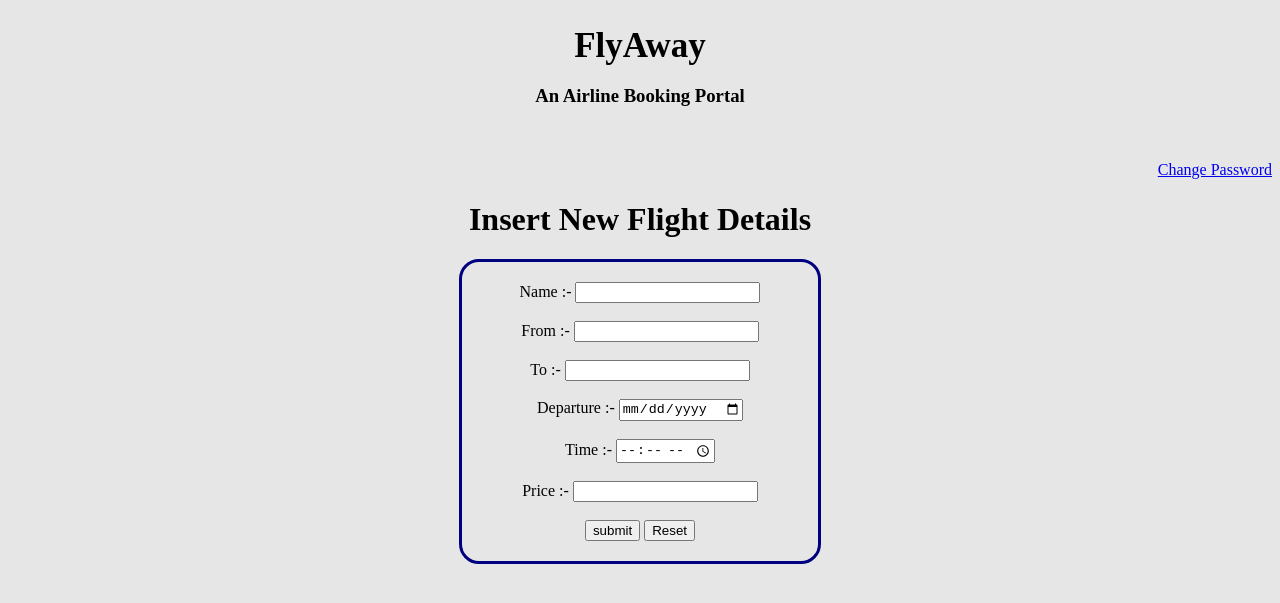
Repository: badrilogaram/Phase-two-project
Page: http://localhost/FlyAway-master/AdminHome.jsp
These files come from the project's save history. The page is drawn as it stood at one moment and after the next save; the edit follows.
The browser window is 1280 px wide. The pictures show the whole page.
The page is served by Tomcat 9.

Above is the page before, as saved 2021-05-28 23:15:17.

After the next save:
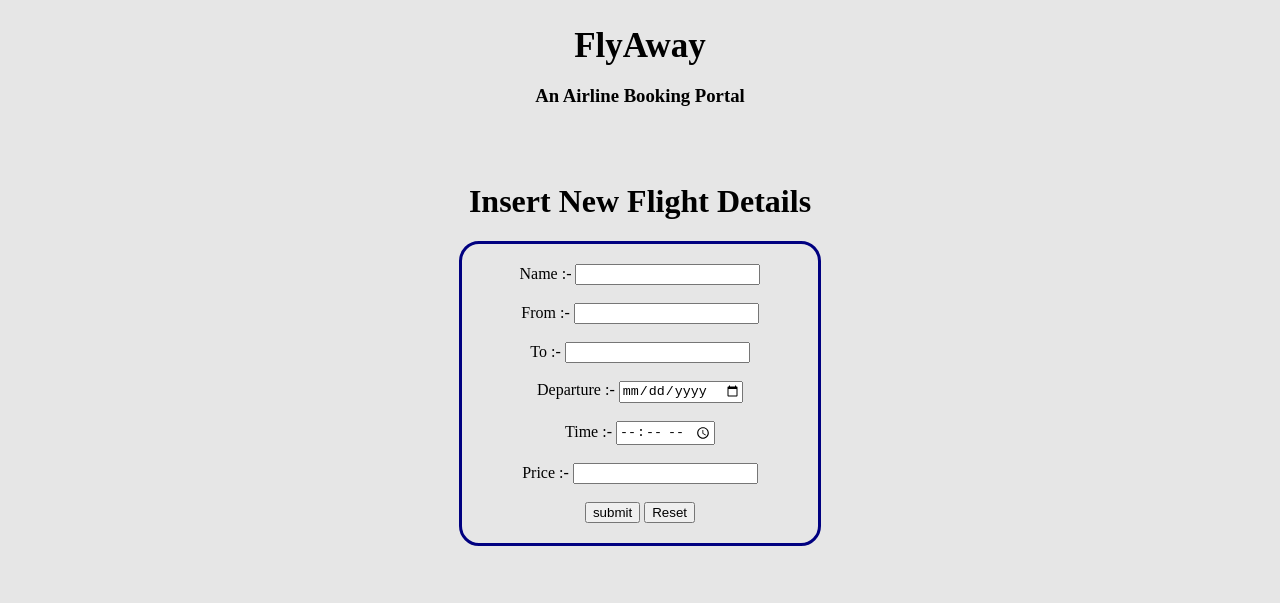
Saved 2 min 25 s later.
--- a/FlyAway-master/src/main/webapp/AdminHome.jsp
+++ b/FlyAway-master/src/main/webapp/AdminHome.jsp
@@ -14,9 +14,6 @@
 </center>
 <br><br>
 
-<div align="right">
-<a href="ChangePassword.jsp">Change Password</a>
-</div>
 
 <center>
 <h1>Insert New Flight Details</h1>
